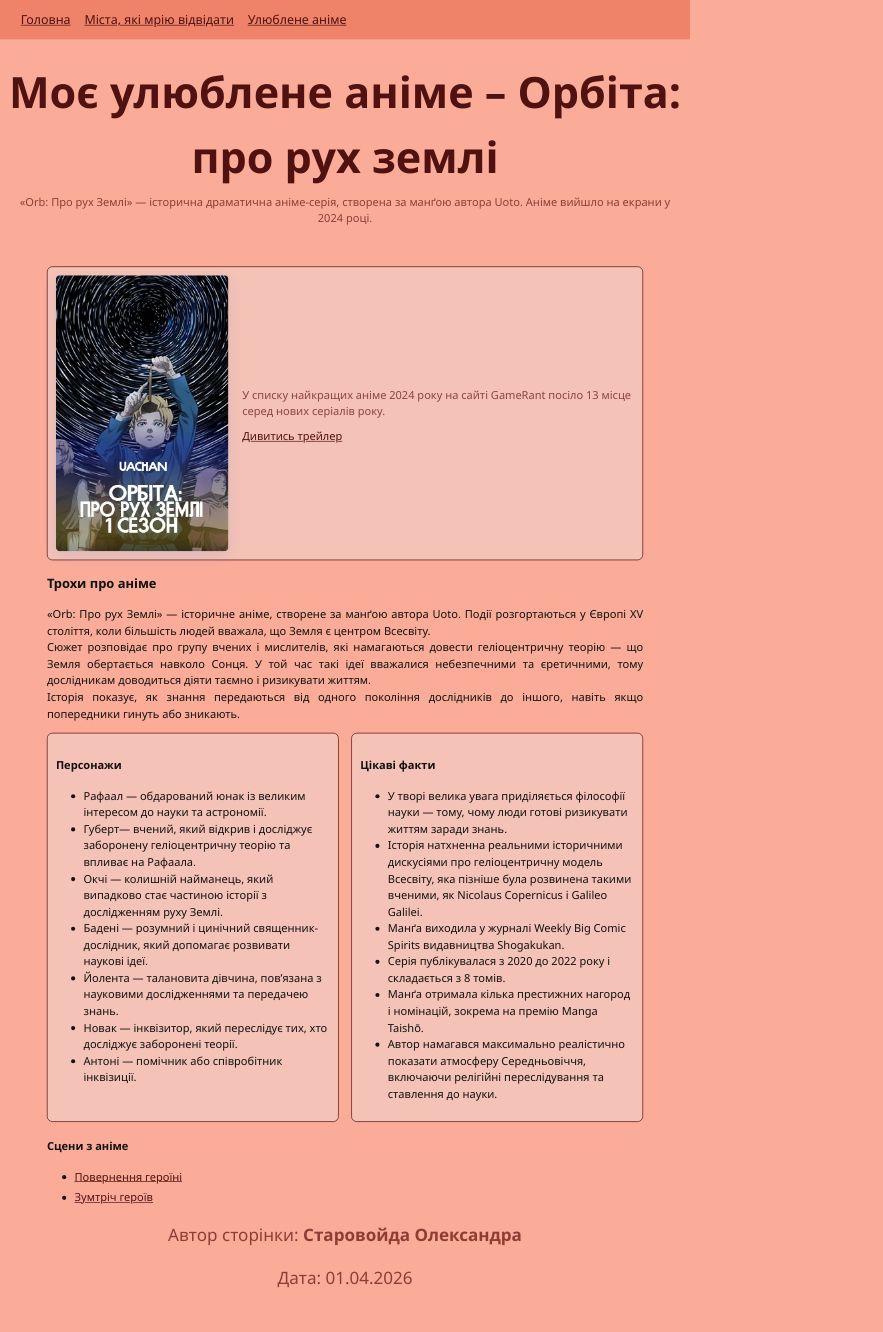
Repository: alexandrastarovoyda-star/homework_info
Page: Mainpr/pr5/html/anime.html
An editor plug-in stored every save of this project. The page is shown before and after the next save, followed by the edit.
The browser window is 1280 px wide. The pictures show the whole page, at 69% of full size.

Above is the page before, as saved 2026-04-01 14:41:58.

After the next save:
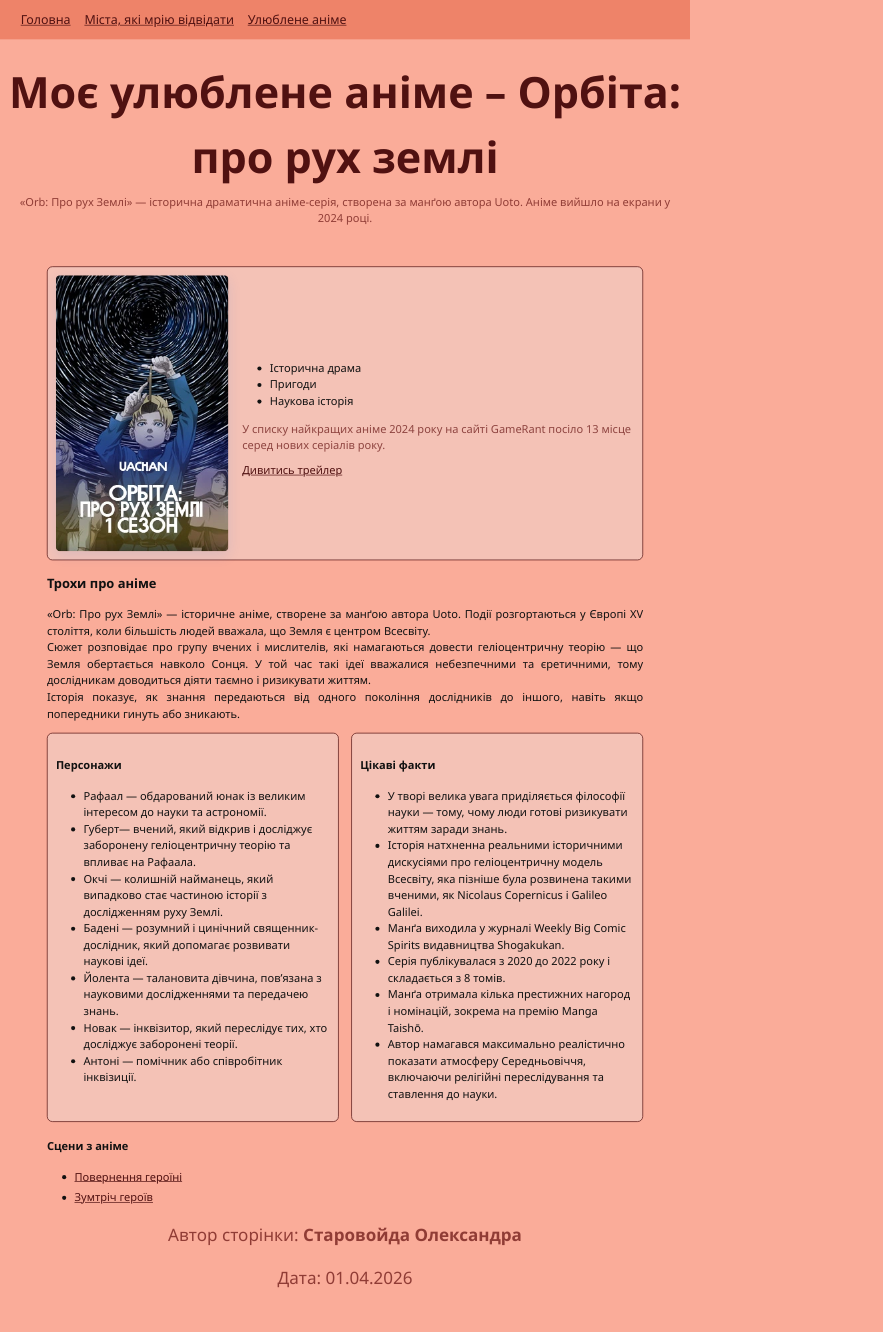
Saved 113 s later.
--- a/Mainpr/pr5/html/anime.html
+++ b/Mainpr/pr5/html/anime.html
@@ -24,8 +24,13 @@
     <section class="hero">
       <img src="../img/themovementoftheearth.webp" alt="Постер фільму" class="poster">
       <div class="meta">
-       <p class="tagline">У списку найкращих аніме 2024 року на сайті GameRant посіло 13 місце серед нових серіалів року.</p>
-       <a href="https://www.youtube.com/watch?v=mZytWngIwwk" target="_blank" rel="noopener">Дивитись трейлер</a>
+        <ul>
+            <li>Історична драма</li>
+            <li>Пригоди</li>
+            <li>Наукова історія</li>
+        </ul>
+        <p class="tagline">У списку найкращих аніме 2024 року на сайті GameRant посіло 13 місце серед нових серіалів року.</p>
+        <a href="https://www.youtube.com/watch?v=mZytWngIwwk" target="_blank" rel="noopener">Дивитись трейлер</a>
       </div>
     </section>
     <section class="about">
